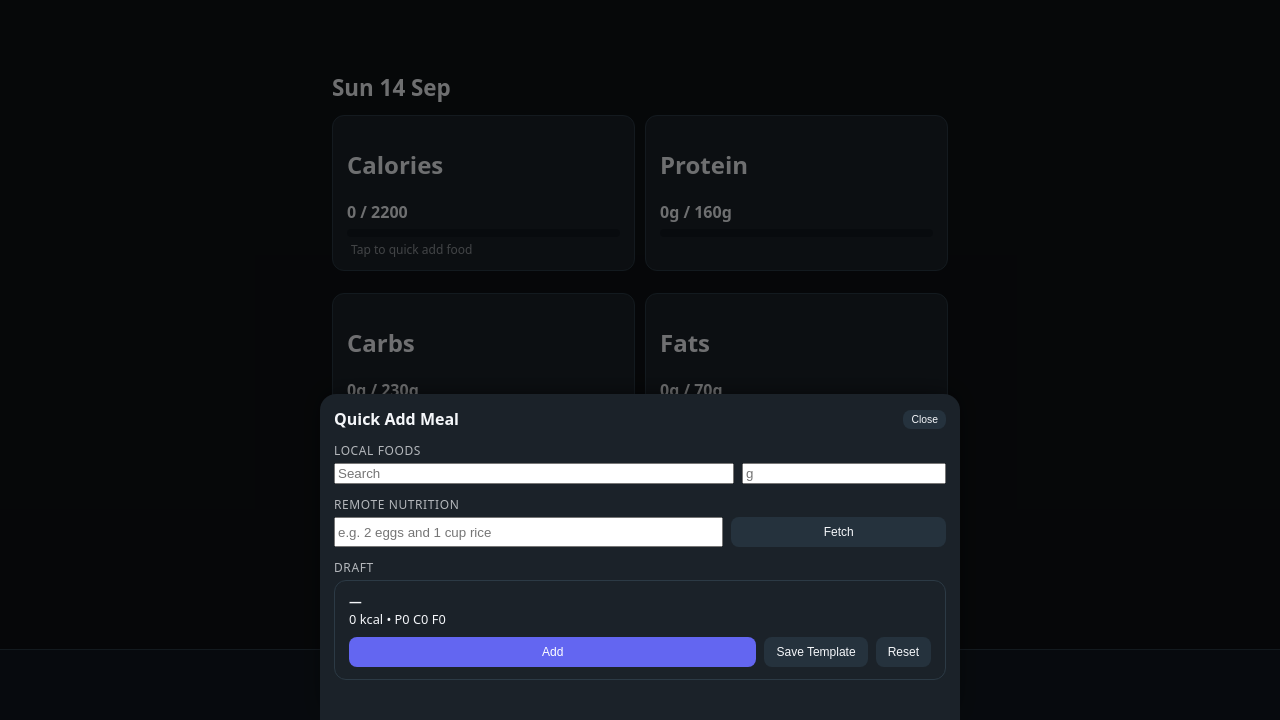
Repository: Ethxmnhz/minpline
Page: /, after clicking the first element matching `div.card`
The author's editor kept a copy of each file at every save. The page is drawn from the files as they stood at one save, then again after the next save.
The browser window is 1280 px wide. The pictures show the whole page.
The project was rebuilt for these pictures with package versions that can differ from the ones it lists, and the page was loaded fresh each time. Also part of the build but not shown: vite.config.ts, src/pages/Meals.tsx, src/pages/Workouts.tsx, src/pages/SavedMeals.tsx, src/pages/Settings.tsx.

Above is the page before, as saved 2025-09-14 22:24:12.

After the next save:
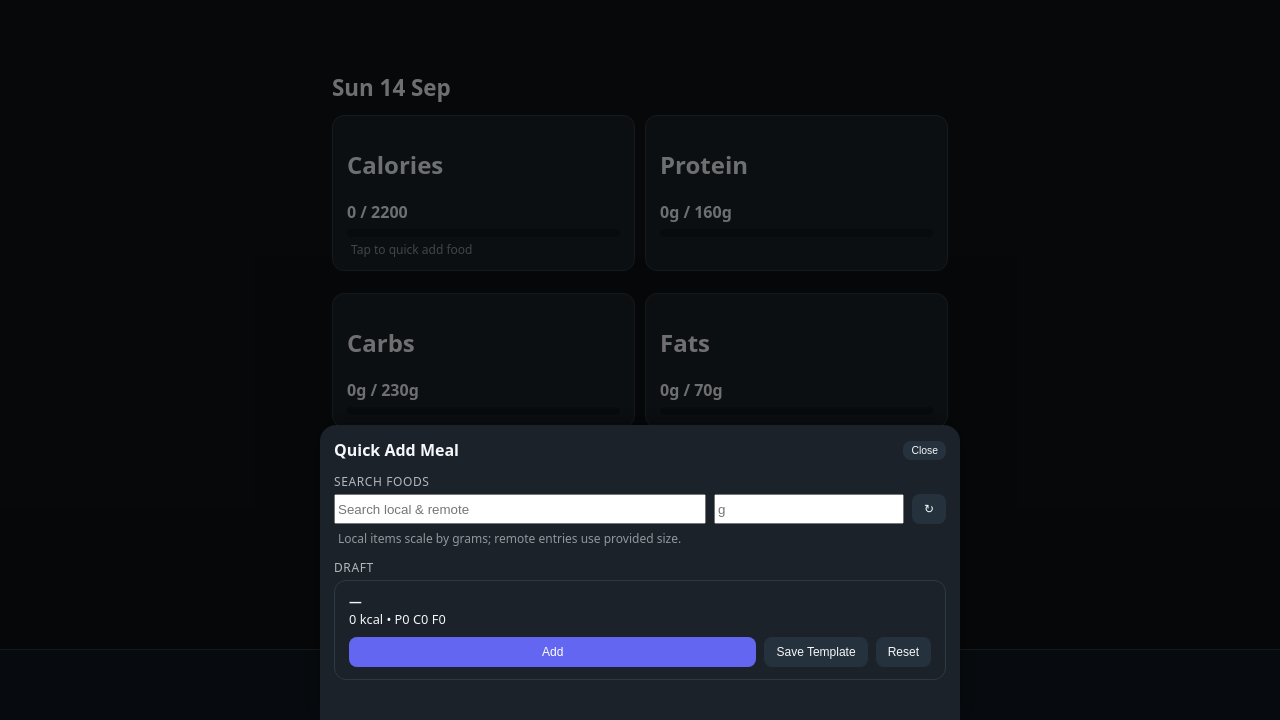
Saved 15 s later.
--- a/src/ui/QuickFoodAdd.tsx
+++ b/src/ui/QuickFoodAdd.tsx
@@ -13,14 +13,21 @@ export const QuickFoodAdd: React.FC<QuickFoodAddProps> = ({ onClose, date }) =>
   const [localQuery, setLocalQuery] = useState('');
   const [localResults, setLocalResults] = useState<FoodItem[]>([]);
   const [grams, setGrams] = useState<number>(0);
-  const [remoteQuery, setRemoteQuery] = useState('');
   const [remoteLoading, setRemoteLoading] = useState(false);
   const [remoteResults, setRemoteResults] = useState<RemoteNutritionItem[]>([]);
   const [remoteError, setRemoteError] = useState('');
   const [draft, setDraft] = useState<MealInput>({ name:'', calories:0, protein:0, carbs:0, fats:0 });
 
   useEffect(()=>{
-    if (localQuery.trim()) setLocalResults(searchFoods(localQuery)); else setLocalResults([]);
+    const run = async () => {
+      if (!localQuery.trim()) { setLocalResults([]); setRemoteResults([]); setRemoteError(''); return; }
+      setLocalResults(searchFoods(localQuery));
+      setRemoteLoading(true); setRemoteError('');
+      const res = await fetchNutrition(localQuery.trim());
+      if (!res.length) setRemoteError('No remote results');
+      setRemoteResults(res); setRemoteLoading(false);
+    };
+    run();
   }, [localQuery]);
 
   const applyLocal = (f: FoodItem) => {
@@ -37,10 +44,10 @@ export const QuickFoodAdd: React.FC<QuickFoodAddProps> = ({ onClose, date }) =>
   };
 
   const runRemote = async () => {
-    if (!remoteQuery.trim()) return;
+    if (!localQuery.trim()) return;
     setRemoteLoading(true); setRemoteError('');
-    const res = await fetchNutrition(remoteQuery.trim());
-    if (!res.length) setRemoteError('No results (or API key missing)');
+    const res = await fetchNutrition(localQuery.trim());
+    if (!res.length) setRemoteError('No results');
     setRemoteResults(res); setRemoteLoading(false);
   };
 
@@ -75,35 +82,26 @@ export const QuickFoodAdd: React.FC<QuickFoodAddProps> = ({ onClose, date }) =>
           <button className="btn tiny" onClick={onClose}>Close</button>
         </div>
         <div className="qa-section">
-          <div className="qa-subtitle">Local Foods</div>
+          <div className="qa-subtitle">Search Foods</div>
           <div className="row gap" style={{marginBottom:6}}>
-            <input style={{flex:2}} placeholder="Search" value={localQuery} onChange={e=>setLocalQuery(e.target.value)} />
+            <input style={{flex:2}} placeholder="Search local & remote" value={localQuery} onChange={e=>setLocalQuery(e.target.value)} />
             <input style={{flex:1}} type="number" placeholder="g" value={grams||''} onChange={e=>setGrams(+e.target.value)} />
-          </div>
-          {localResults.length>0 && (
-            <ul className="list" style={{maxHeight:120, overflowY:'auto'}}>
-              {localResults.map(f => (
-                <li key={f.id} style={{cursor:'pointer'}} onClick={()=>applyLocal(f)}>{f.name} <span className="small">per {f.unit}</span></li>
-              ))}
-            </ul>
-          )}
-        </div>
-        <div className="qa-section">
-          <div className="qa-subtitle">Remote Nutrition</div>
-          <div className="row gap" style={{marginBottom:6}}>
-            <input style={{flex:2}} placeholder="e.g. 2 eggs and 1 cup rice" value={remoteQuery} onChange={e=>setRemoteQuery(e.target.value)} />
-            <button type="button" className="btn" style={{flex:1}} onClick={runRemote} disabled={remoteLoading}>{remoteLoading?'...':'Fetch'}</button>
+            <button type="button" className="btn" onClick={runRemote} disabled={remoteLoading}>{remoteLoading?'...':'↻'}</button>
           </div>
           {remoteError && <div className="small" style={{color:'#f87171'}}>{remoteError}</div>}
-          {remoteResults.length>0 && (
-            <ul className="list" style={{maxHeight:120, overflowY:'auto'}}>
+          {(localResults.length>0 || remoteResults.length>0) && (
+            <ul className="list" style={{maxHeight:140, overflowY:'auto'}}>
+              {localResults.map(f => (
+                <li key={'l-'+f.id} style={{cursor:'pointer'}} onClick={()=>applyLocal(f)}>{f.name} <span className="small">(local per {f.unit})</span></li>
+              ))}
               {remoteResults.map((r,i)=>(
-                <li key={i} style={{cursor:'pointer'}} onClick={()=>applyRemote(r)}>
+                <li key={'r-'+i} style={{cursor:'pointer'}} onClick={()=>applyRemote(r)}>
                   {r.name} <span className="small">{Math.round(r.calories)} kcal P{r.protein_g.toFixed(1)} C{r.carbohydrates_total_g.toFixed(1)} F{r.fat_total_g.toFixed(1)}</span>
                 </li>
               ))}
             </ul>
           )}
+          <p className="small" style={{marginTop:4, opacity:.55}}>Local items scale by grams; remote entries use provided size.</p>
         </div>
         <div className="qa-section">
           <div className="qa-subtitle">Draft</div>
